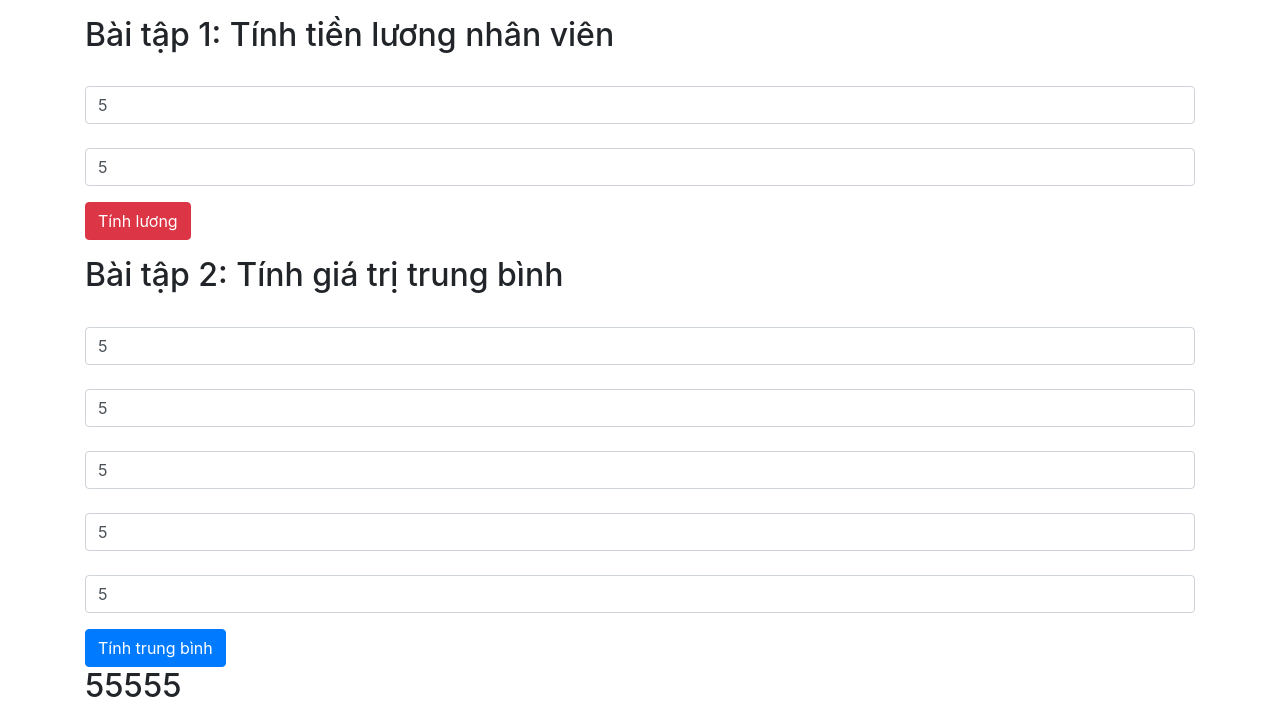
Repository: thanhfrankie/BC10-LeMinhThanh-Js-b2-3
Page: index.html
The author's editor kept a copy of each file at every save. The page is drawn from the files as they stood at one save, then again after a run of saves.
The browser window is 1280 px wide. The pictures show the whole page.
Empty fields were first filled with sample values (such as "Sample", 5 or name@example.com).
After loading, the first visible `button.btn-primary` was clicked once.

Above is the page before, as saved 2023-12-15 15:37:50.

### index.html
<!DOCTYPE html>
<html lang="en">
  <head>
    <title>Title</title>
    <!-- Required meta tags -->
    <meta charset="utf-8" />
    <meta
      name="viewport"
      content="width=device-width, initial-scale=1, shrink-to-fit=no"
    />

    <!-- Bootstrap CSS -->
    <link
      rel="stylesheet"
      href="https://stackpath.bootstrapcdn.com/bootstrap/4.3.1/css/bootstrap.min.css"
      integrity="sha384-ggOyR0iXCbMQv3Xipma34MD+dH/1fQ784/j6cY/iJTQUOhcWr7x9JvoRxT2MZw1T"
      crossorigin="anonymous"
    />
  </head>
  <body>
    <!-- Bài tập 1 -->
    <div class="container">
      <h2 class="mt-3">Bài tập 1: Tính tiền lương nhân viên</h2>
      <div class="form-group">
        <label for="luong-mot-ngay"></label>
        <input
          type="number"
          class="form-control"
          name=""
          id="luong-mot-ngay"
          aria-describedby="helpId"
          placeholder="Nhập lương một ngày"
          required
        />
        <label for="so-ngay-lam"></label>
        <input
          type="number"
          class="form-control"
          name=""
          id="so-ngay-lam"
          aria-describedby="helpId"
          placeholder="Số ngày làm"
          required
        />
        <button type="button" onclick="tinhLuong()" class="btn btn-danger mt-3">
          Tính lương
        </button>
      </div>
      <h2 id="luong-nhan-duoc"></h2>
    </div>
    <!-- Bài tập 2 -->
    <div class="container">
      <div class="form-group">
        <h2>Bài tập 2: Tính giá trị trung bình</h2>
        <label for="so-thu-1"></label>
        <input
          type="number"
          class="form-control"
          name=""
          id="so-thu-1"
          aria-describedby="helpId"
          placeholder="Nhập số thứ 1"
        />
        <label for="so-thu-2"></label>
        <input
          type="number"
          class="form-control"
          name=""
          id="so-thu-2"
          aria-describedby="helpId"
          placeholder="Nhập số thứ 2"
        />
        <label for="so-thu-3"></label>
        <input
          type="number"
          class="form-control"
          name=""
          id="so-thu-3"
          aria-describedby="helpId"
          placeholder="Nhập số thứ 3"
        />
        <label for="so-thu-4"></label>
        <input
          type="number"
          class="form-control"
          name=""
          id="so-thu-4"
          aria-describedby="helpId"
          placeholder="Nhập số thứ 4"
        />
        <label for="so-thu-5"></label>
        <input
          type="number"
          class="form-control"
          name=""
          id="so-thu-5"
          aria-describedby="helpId"
          placeholder="Nhập số thứ 5"
        />
        <button type="button" onclick="tinhTrungBinh()" class="btn btn-primary mt-3">
          Tính trung bình
        </button>
        <h2 id="ket-qua"></h2>
      </div>
    </div>

    <!-- Optional JavaScript -->
    <!-- jQuery first, then Popper.js, then Bootstrap JS -->
    <script
      src="https://code.jquery.com/jquery-3.3.1.slim.min.js"
      integrity="sha384-q8i/X+965DzO0rT7abK41JStQIAqVgRVzpbzo5smXKp4YfRvH+8abtTE1Pi6jizo"
      crossorigin="anonymous"
    ></script>
    <script
      src="https://cdnjs.cloudflare.com/ajax/libs/popper.js/1.14.7/umd/popper.min.js"
      integrity="sha384-UO2eT0CpHqdSJQ6hJty5KVphtPhzWj9WO1clHTMGa3JDZwrnQq4sF86dIHNDz0W1"
      crossorigin="anonymous"
    ></script>
    <script
      src="https://stackpath.bootstrapcdn.com/bootstrap/4.3.1/js/bootstrap.min.js"
      integrity="sha384-JjSmVgyd0p3pXB1rRibZUAYoIIy6OrQ6VrjIEaFf/nJGzIxFDsf4x0xIM+B07jRM"
      crossorigin="anonymous"
    ></script>
    <script src="./index.js"></script>
  </body>
</html>

### index.js
// Bài tập 1
/**
 * B1: tạo biến, lấy giá trị từ input
 * B2: Tính lương
 * + tạo biến để tính lương: lương 1 ngày * số ngày làm
 * + gán sự kiện click cho button
 * B3: hiển thị kết quả
 */
function tinhLuong() {
  // B1:
  var luongMotNgay = document.getElementById("luong-mot-ngay").value;
  var soNgayLam = document.getElementById("so-ngay-lam").value;
  // B2, B3:
  var luongNhanDuoc = document.getElementById("luong-nhan-duoc");
  luongNhanDuoc.innerText = luongMotNgay * soNgayLam;
}
// Bài tập 2
/**
 * B1: tạo biến, lấy giá trị từ input
 * B2: Tính giá trị trung bình
 * + tạo biến để tính giá trị trung bình: tổng các giá trị đã nhập / số giá trị đã nhập
 * + gán sự kiện click cho button
 * B3: hiển thị kết quả
 */
function tinhTrungBinh() {
    var soThu1 = document.getElementById("so-thu-1").value
    var soThu2 = document.getElementById("so-thu-2").value
    var soThu3 = document.getElementById("so-thu-3").value
    var soThu4 = document.getElementById("so-thu-4").value
    var soThu5 = document.getElementById("so-thu-5").value

    var trungBinh =   (soThu1 + soThu2 + soThu3 + soThu4 + soThu5)
    var ketQua = document.getElementById("ket-qua")
    ketQua.innerText = trungBinh
}

After the next 5 saves:
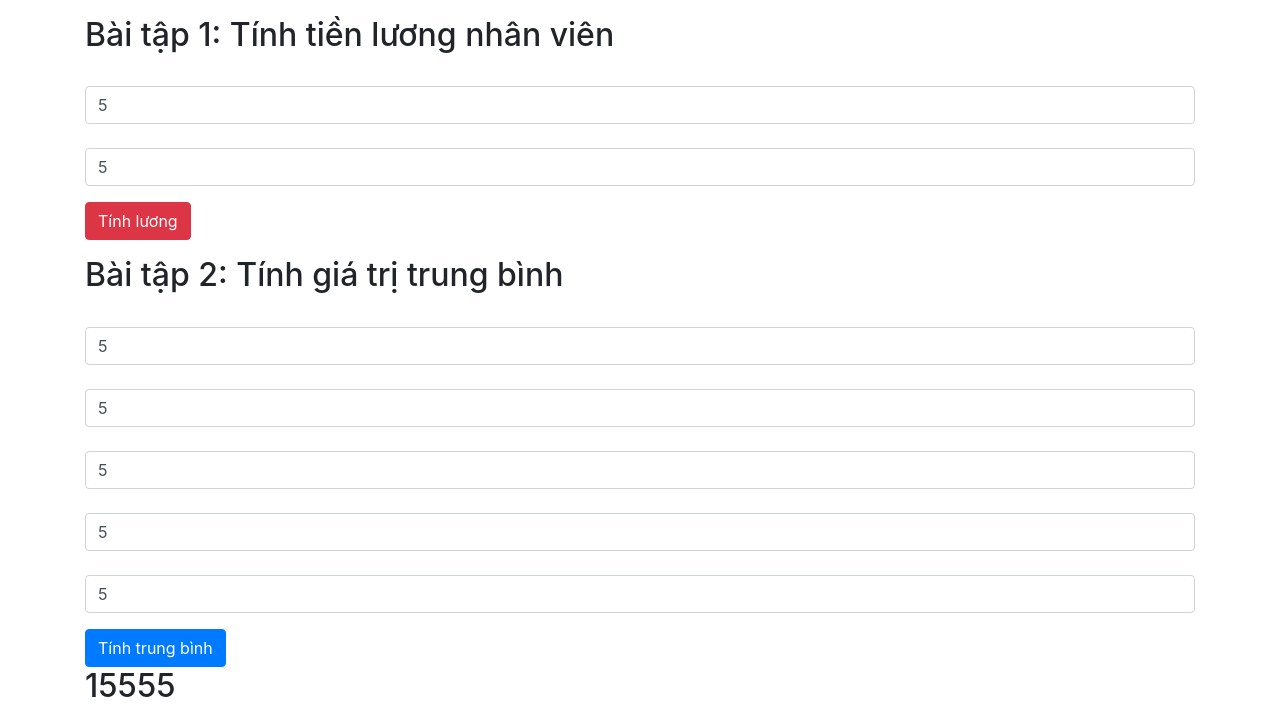
The 5 saves are shown as one change because they came seconds apart.
The last was saved 82 s later.
--- a/index.js
+++ b/index.js
@@ -23,13 +23,13 @@ function tinhLuong() {
  * B3: hiển thị kết quả
  */
 function tinhTrungBinh() {
-    var soThu1 = document.getElementById("so-thu-1").value
+    var soThu1 = document.getElementById("so-thu-1").value *1
     var soThu2 = document.getElementById("so-thu-2").value
     var soThu3 = document.getElementById("so-thu-3").value
     var soThu4 = document.getElementById("so-thu-4").value
     var soThu5 = document.getElementById("so-thu-5").value
 
-    var trungBinh =   (soThu1 + soThu2 + soThu3 + soThu4 + soThu5)
+    var trungBinh =   (soThu1 *1 + soThu2 *2 + soThu3 + soThu4 + soThu5)
     var ketQua = document.getElementById("ket-qua")
     ketQua.innerText = trungBinh
 }
